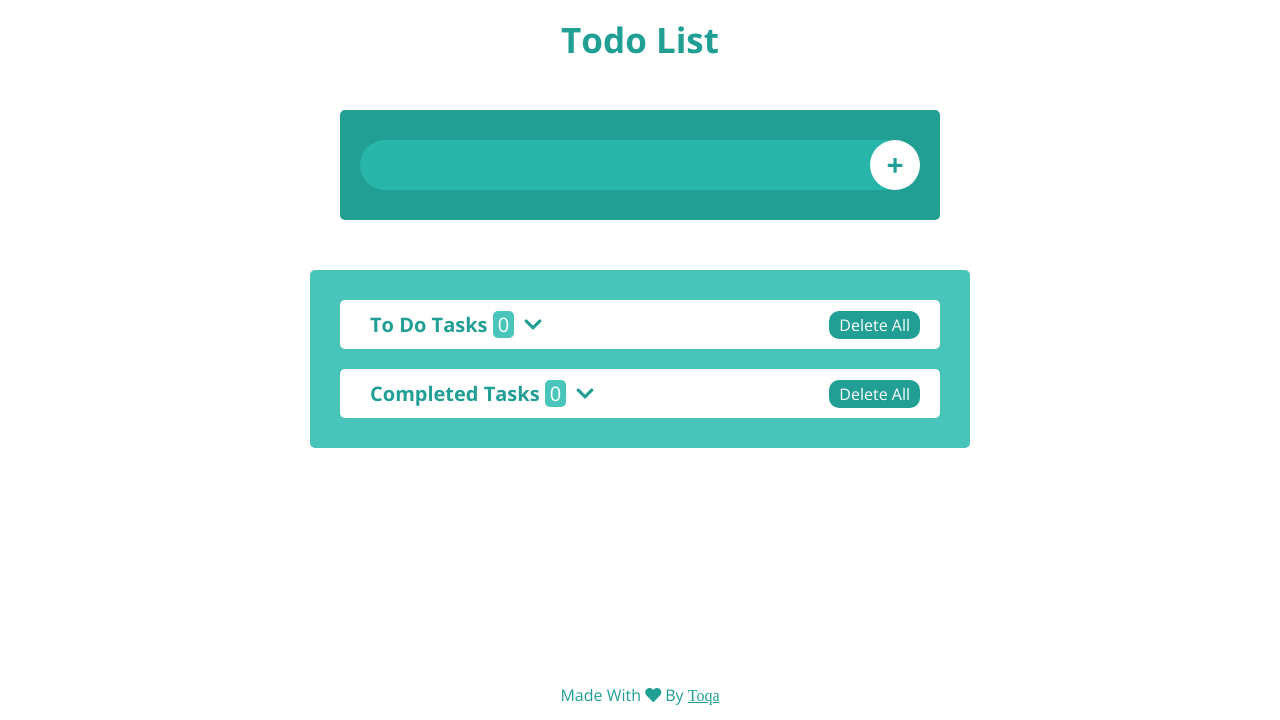
Repository: Toqa-25/todo-list
Page: index.html
The author's editor kept a copy of each file at every save. The page is drawn from the files as they stood at one save, then again after the next save.
The browser window is 1280 px wide. The pictures show the whole page.
Some web fonts or font styles are not loaded; a fallback is used.

Above is the page before, as saved 2022-02-07 16:10:11.

### index.html
<!DOCTYPE html>
<html lang="en">
<head>
    <meta charset="UTF-8">
    <meta http-equiv="X-UA-Compatible" content="IE=edge">
    <meta name="viewport" content="width=device-width, initial-scale=1.0">
     <!-- css fils -->
     <link rel="stylesheet" href="css/normalize.css">
     <link rel="stylesheet" href="css/all.min.css">
     <link rel="stylesheet" href="css/style.css">
     <!-- google fonts -->
     <link rel="preconnect" href="https://fonts.googleapis.com">
     <link rel="preconnect" href="https://fonts.gstatic.com" crossorigin>
     <link href="https://fonts.googleapis.com/css2?family=Open+Sans:wght@300;400;500;600;700;800&display=swap" rel="stylesheet">
     <link href="https://fonts.googleapis.com/css2?family=Pushster&amp;display=swap" rel="stylesheet">
     <!-- page title -->
    <title>ToDo List</title>
</head>
<body>
    <section class="todo-section container">
        <div class="todo-main-head ">
            <h2 class="todo-head">todo list</h2>
        </div>
        <div class="todo-input pad ">
            <input type="text" name="" id="input-field">
            <span class="pluse" id="plus">+</span>
        </div>
        <div class="todo-group pad ">
        <div class="todo-list doing" id="todo-list-do">
             <div class="todo-list-header-group">
                 <h4 class="todo-list-head">to do tasks <span class="tasks-number"></span><i class="fas fa-chevron-down todo-chevron"></i></h4>
                <button class="btn delet-all-tasks">delete all</button>
            </div>
           <div class="todo-list-content todo">
           </div>
        </div>
        <div class="todo-list completed" id="todo-list-complete">
            <div class="todo-list-header-group">
                <h4 class="todo-list-head">completed tasks <span class="completed-tasks-number"></span><i class="fas fa-chevron-down complete-chevron"></i></h4>
                <button class="btn delet-all-completed-tasks">delete all</button>
            </div>
           <div class="todo-list-content complet">
           </div>
        </div>
        </div>
    </section>
    <div class="bottom-group">
             <p>made with <i class="fas fa-heart"></i> by <a class="developer link-none" href="https://toqa-25.github.io/portfolio/">toqa</a></p>
    </div>

    <script src="js/script.js"></script>
    <script src="https://unpkg.com/sweetalert/dist/sweetalert.min.js"></script>
</body>
</html>

### css/style.css
/* component style */
:root{
    --main-color:#219F94;
    --main-alt-color:#2bbbafda;
    --white-color:#fff;
    --text-color:#C1DEAE;
}
*{
     margin:0;
     padding:0;
     box-sizing: border-box;
}
html{
    scroll-behavior: smooth;
}
body{
    font-family: 'Open Sans', sans-serif;
    min-height: 100vh;
}
.container{
    width:90%;
    margin:0 auto;
}

.pad{
    padding: 30px 0;
}

/* element style */
section{
    display: flex;
    align-items: center;
    flex-direction: column;
    min-height: calc(100vh - 50px);
    gap:50px;

}
.todo-main-head {
    /* padding-top: 20px;
    margin-top: 20px; */
    margin: 20px auto 0;
}
.todo-head {
    color: var(--main-color);
    font-weight: bold;
    text-transform: capitalize;
    font-size: 35px;
    text-align: center;
}
.todo-input{
    background-color: var(--main-color);
    position: relative;
    border-radius: 5px;
    width: 600px;
    margin: 0 auto;
}
@media(max-width:767px){
   .todo-input{
       width:90%;
   }
}
#input-field {
    width: calc(100% - 50px);
    margin: 0 20px;
    height: 50px;
    border: none;
    outline: none;
    background-color: var(--main-alt-color);
    color: #fff;
    padding:5px 20px;
    border-radius: 25px;
    -webkit-border-radius: 25px;
    -moz-border-radius: 25px;
    -ms-border-radius: 25px;
    -o-border-radius: 25px;
}
#input-field:focus{

}
.pluse {
    width: 50px;
    height: 50px;
    background-color: var(--white-color);
    border-radius: 50%;
    display: inline-block;
    padding: 21px;
    text-align: center;
    font-size: 30px;
    display: flex;
    justify-content: center;
    align-items: center;
    position: absolute;
    right: 20px;
    top: 50%;
    transform: translateY(-50%);
    color: var(--main-color);
    font-weight: bold;
    cursor: pointer;
}

.todo-group {
    background-color: var(--main-alt-color);
    /* margin-top: 30px; */
    padding: 30px;
    display: flex;
    justify-content: space-between;
    align-items: center;
    gap:20px;
    flex-direction: column;
    width:fit-content;
    border-radius: 5px;

}
@media(max-width:767px){

    .todo-list {
        width:100%;
    }
}
.todo-list {
    background-color: var(--white-color);
    padding: 10px 20px;
    color: var(--main-color);
    flex:1;
    border-radius: 5px;
     width: 600px;
}
.todo-list-content , .complet {
    padding:20px;
    display: none;
}
.todo-list-task-group {
    display: flex;
    justify-content: space-between;
    align-items: center;
    border: 1px solid var(--main-alt-color);
    padding: 5px;
    border-radius: 6px;
    margin-bottom: 10px;
}
.todo-list-task {
    padding: 5px 20px;
    display: flex;
    justify-content: space-between;
    align-items: center;
    position: relative;
    margin:10px 5px;
    width:80%;
}
.todo-list-task:before{
    content:"";
    position: absolute;
    top:0;
    left:0;
    height: 100%;
    background-color: var(--main-alt-color);
    width: 8px;
    border-radius: 0px 100px 100px 0px;
}
.btn {
    color: var(--white-color);
    width: fit-content;
    /* height: 27px; */
    padding: 5px 10px;
    background-color: var(--main-color);
    border: none;
    border-radius: 10px;
    cursor: pointer;
    text-transform: capitalize;
}
.todo-list-header-group {
    display: flex;
    justify-content: space-between;
    align-items: center;
}
.todo-list-head {
    text-transform: capitalize;
    width: fit-content;
    /* margin: auto; */
    /* text-align: center; */
    padding: 3px 10px;
    font-size: 20px;
}
.todo-list-text {
    /* text-transform: capitalize; */
}
.completed-task{
    position: relative;
}
.todo-list-checked {
    width: 15px;
    height: 15px;
    border: 1px solid var(--main-color);
    border-radius: 3px;
    display: flex;
    justify-content: center;
    align-items: center;
}
.completed-task:after{
    content: "";
    width: 90%;
    height: 2px;
    border-radius: 2px;
    position: absolute;
    top: 50%;
    left: 50%;
    transform: translate(-50%, -50%);
    background-color: var(--main-color);
}
.todo-list-checked i {
    font-size: 15px;
    margin-left: 3px;
    margin-bottom: 0px;
}
.completed-tasks-number,.tasks-number {
    padding: 0px 5px;
    background-color: var(--main-alt-color);
    color: #fff;
    border-radius: 5px;
    font-weight: normal;
}
i.fas.fa-chevron-down {
    margin-left: 10px;
}
.bottom-group{
color:var(--main-color);
text-align: center;
margin: 16px auto;
}
.bottom-group p{
    text-transform:capitalize;
}
.bottom-group p a{
    font-family: 'Pushster', cursive;
     color:var(--main-color);
}
.show{
    display:block;
}
.sign-login-group {
    width: fit-content;
    display: flex;
    justify-content: space-between;
    align-content: center;
    flex-direction: column;
    gap: 30px;
    margin-top: 100px;
}
.todo-input-group {
    min-width: 300px;
    display: flex;
    justify-content: space-between;
    align-content: center;
    flex-wrap: wrap;
    gap: 30px;
}
.todo-input-group label {
    text-transform: capitalize;
    color: var(--main-color);
    font-weight: bold;
}
.todo-input-group input {
    padding: 5px 10px;
    border-radius: 7px;
    border-color: var(--main-color);
    outline: none;
    color: var(--main-color);

}
.buttons-group {
    display: flex;
    justify-content: center;
    width: fit-content;
    align-items: center;
    gap: 10px;
    margin: 0 auto;
}
.buttons-group span{
    text-transform: uppercase;
    font-weight: bold;
    color: var(--main-color);
}
.sign-login-group .btn  {
    margin: auto;
    color: #fff;
    font-size: 18px;
}
.sign-login-group .buttons-group a {
  font-size: 20px;
    color: var(--main-color);
}

### js/script.js

// const variables
let inputTask = document.getElementById("input-field"),
    plusButton = document.getElementById("plus"),
    toDoContent = document.querySelector(".todo"),
    completeContent = document.querySelector(".complet"),
    taskText = document.querySelector(".todo-list-text"),
    numberOfTasks = document.querySelector(".tasks-number"),
    numberOfCompletedTasks = document.querySelector(".completed-tasks-number"),
    todoChevron = document.querySelector(".todo-chevron"),
    completeChevron = document.querySelector(".complete-chevron"),
    deleteAllTasks = document.querySelector(".delet-all-tasks"),
    deleteAllCompletedTasks = document.querySelector(".delet-all-completed-tasks");

// var variables
var checkedSpan = [...document.querySelectorAll(".todo-list-checked")];
var checkedClasses = [...document.querySelectorAll(".checked")];
var buttonSgroup = [...document.querySelectorAll(".delete")];
let todoList = JSON.parse(localStorage.getItem("tasks"))
  ? JSON.parse(localStorage.getItem("tasks"))
  : [];
let completeList = JSON.parse(localStorage.getItem("completedTasks"))
  ? JSON.parse(localStorage.getItem("completedTasks"))
  : [];
/********************************************************** */
if ( todoList.length >= 1) {
    numberOfTasks.innerHTML = todoList.length;
}
else{
    numberOfTasks.innerHTML = 0;
}

if (completeList && completeList.length >= 1) {
  numberOfCompletedTasks.innerHTML = completeList.length;
} else {
  numberOfCompletedTasks.innerHTML = 0;
}
/********************************************************** */
window.onload = function () {
    inputTask.focus()
}
plusButton.onclick = addTask;
inputTask.addEventListener("keyup", function (event) {
  // Number 13 is the "Enter" key on the keyboard
  if (event.keyCode === 13) {
    addTask();
  }
});
/************************************* */
// 1- add task
function addTask() {
  if (inputTask.value != null && inputTask.value != "") {
      if (todoList.includes(inputTask.value.trim())) {
          swal("This Task is  Already Exists.");
      }
          toDoContent.innerHTML += `  <div class="todo-list-task-group">
                                        <div class="todo-list-task doing-task">
                                            <p class="todo-list-text">${inputTask.value.trim()}</p>
                                            <span id="todo-list-doing" class="todo-list-checked"></span>
                                        </div>
                                        <button class="btn delete">delete</button>
                                    </div>`;
          todoList = [...todoList, inputTask.value.trim()];
          localStorage.setItem("tasks", JSON.stringify(todoList));
          inputTask.value = "";
          currentTasks(toDoContent, todoList);
          checkedSpan = [];
          checkedSpan = [...document.querySelectorAll(".todo-list-checked")];
          checkedTask(checkedSpan);
          buttonSgroup = [];
          buttonSgroup = [...document.querySelectorAll(".delete")];
          deleteUneededTask(buttonSgroup);
          numberOfTasks.innerHTML.innerHTML++;
          inputTask.focus();

  }
  else {
      swal("Enter Your Task");
  }
}

// 2- drow new tasks
function currentTasks(plceContent, tasksArray) {
  plceContent.innerHTML = "";
  for (i = 0; i < tasksArray.length; i++) {
    plceContent.innerHTML += `<div class="todo-list-task-group">
                <div class="todo-list-task doing-task">
                <p class="todo-list-text">${tasksArray[i]}</p>
                <span id="todo-list-doing" class="todo-list-checked"></span>
                </div>
                <button class="btn delete">delete</button>
                </div>`;
  }
  checkedSpan = [];
  checkedSpan = [...document.querySelectorAll(".todo-list-checked")];
  checkedTask(checkedSpan);
//   console.log("current", checkedSpan);
  buttonSgroup = [];
  buttonSgroup = [...document.querySelectorAll(".delete")];
    deleteUneededTask(buttonSgroup);
       numberOfTasks.innerHTML = "";
       numberOfTasks.innerHTML = todoList.length;
}
currentTasks(toDoContent, todoList);

// 3- drow new tasks
function currentCheckedTasks(plceContent, tasksArray) {
  plceContent.innerHTML = "";
  for (i = 0; i < tasksArray.length; i++) {
    plceContent.innerHTML += `<div class="todo-list-task-group ">
                <div class="todo-list-task doing-task completed-task">
                <p class="todo-list-text">${tasksArray[i]}</p>
                <span id="todo-list-doing" class="todo-list-checked checked"><i class="fas fa-check"></i></span>
                </div>
                <button class="btn delete">delete</button>
                </div>`;
  }
  checkedClasses = [];
  checkedClasses = [...document.querySelectorAll(".checked")];
  unCheckedTask(checkedClasses);
  buttonSgroup = [];
  buttonSgroup = [...document.querySelectorAll(".delete")];
    deleteUneededTask(buttonSgroup);
        numberOfCompletedTasks.innerHTML = "";
        numberOfCompletedTasks.innerHTML = completeList.length;
}
currentCheckedTasks(completeContent, completeList);

// 4- drow completed tasks

function checkedTask(checkBoxs) {
  checkBoxs.forEach((checkBox) => {
    checkBox.onclick = function addChecked(checkBox) {
      deleteTask(checkBox.currentTarget);
      transformTask(checkBox.currentTarget);
    };
  });
}
checkedTask(checkedSpan);

//5- drow uncompleted Tasks
function unCheckedTask(checkBoxs) {
  checkBoxs.forEach((checkBox) => {
    checkBox.onclick = function addChecked(checkBox) {
      deleteTask(checkBox.currentTarget);
        transformTask(checkBox.currentTarget);
    };
  });
}
unCheckedTask(checkedClasses);

// 6- delete tasks
/************************************* */
function deleteTask(current) {
  let currentParent = current.parentElement,
    element = currentParent.parentElement,
    elementFirstParent = element.firstElementChild,
    elementText = elementFirstParent.firstElementChild.innerHTML;
    if (elementFirstParent.classList.contains("completed-task")) {
        completeList.splice(completeList.indexOf(elementText), 1);
        localStorage.setItem("completedTasks", JSON.stringify(completeList));
        numberOfCompletedTasks.innerHTML = ""
        numberOfCompletedTasks.innerHTML = completeList.length

} else {
    todoList.splice(todoList.indexOf(elementText), 1);
    localStorage.setItem("tasks", JSON.stringify(todoList));
    numberOfTasks.innerHTML = ""
    numberOfTasks.innerHTML = todoList.length
}
element.remove();
console.log(element);
console.log(elementText);
}

function transformTask(current) {
  let currentParent = current.parentElement,
    element = currentParent.parentElement,
    elementFirstParent = element.firstElementChild,
    elementText = elementFirstParent.firstElementChild.innerHTML;
  if (elementFirstParent.classList.contains("completed-task")) {
    todoList = [...todoList, elementText];
    localStorage.setItem("tasks", JSON.stringify(todoList));
    currentTasks(toDoContent, todoList);
  } else {
    // completeList.push(elementText);
        completeList = [...completeList, elementText];
    localStorage.setItem("completedTasks", JSON.stringify(completeList));
    currentCheckedTasks(completeContent, completeList);
  }
}

function deleteUneededTask(checkBoxs) {
  checkBoxs.forEach((checkBox) => {
    checkBox.onclick = function addChecked(checkBox) {
      let element = checkBox.currentTarget.parentElement,
        elementFirstParent = element.firstElementChild,
        elementText = elementFirstParent.firstElementChild.innerHTML;

      element.remove();
      if (elementFirstParent.classList.contains("completed-task")) {
        completeList.splice(completeList.indexOf(elementText), 1);
          localStorage.setItem("completedTasks", JSON.stringify(completeList));
              numberOfCompletedTasks.innerHTML = "";
              numberOfCompletedTasks.innerHTML = completeList.length;
      } else {
        todoList.splice(todoList.indexOf(elementText), 1);
        localStorage.setItem("tasks", JSON.stringify(todoList));
           numberOfTasks.innerHTML = "";
           numberOfTasks.innerHTML = todoList.length;
      }
      console.log(elementText);
      console.log(elementFirstParent);
      console.log(element);
    };
  });
}
deleteUneededTask(buttonSgroup);


todoChevron.onclick = function (){
    toDoContent.classList.toggle("show")
}
completeChevron.onclick = function () {
  completeContent.classList.toggle("show")
};

deleteAllTasks.onclick = function () {
    toDoContent.innerHTML = ""
    todoList = [];
    localStorage.setItem("tasks", JSON.stringify(todoList));
    currentTasks(toDoContent, todoList);
}
deleteAllCompletedTasks.onclick = function () {
  toDoContent.innerHTML = "";
  completeList = [];
  localStorage.setItem("completedTasks", JSON.stringify(completeList));
  currentCheckedTasks(completeContent, completeList);
};

Loaded but not shown: css/normalize.css (library); css/all.min.css (library)

After the next save:
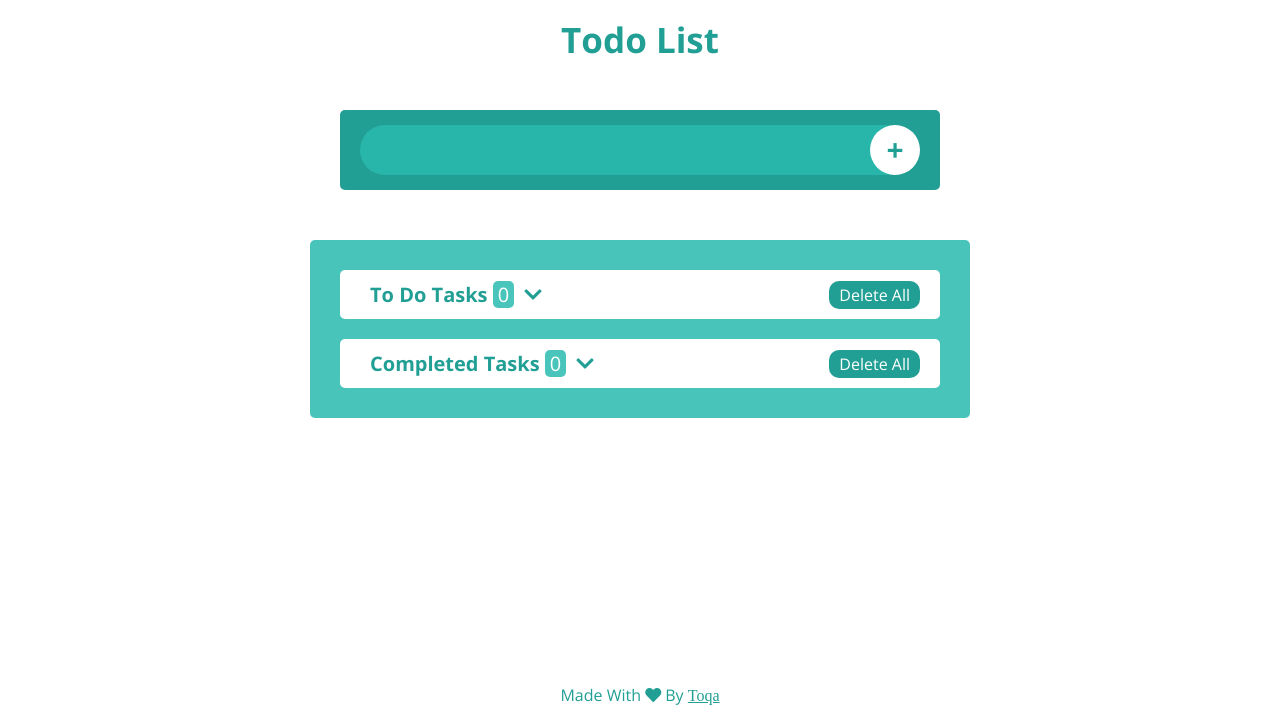
Saved 3 min 34 s later.
--- a/css/style.css
+++ b/css/style.css
@@ -53,6 +53,7 @@ section{
     border-radius: 5px;
     width: 600px;
     margin: 0 auto;
+    padding: 15px 0;
 }
 @media(max-width:767px){
    .todo-input{
